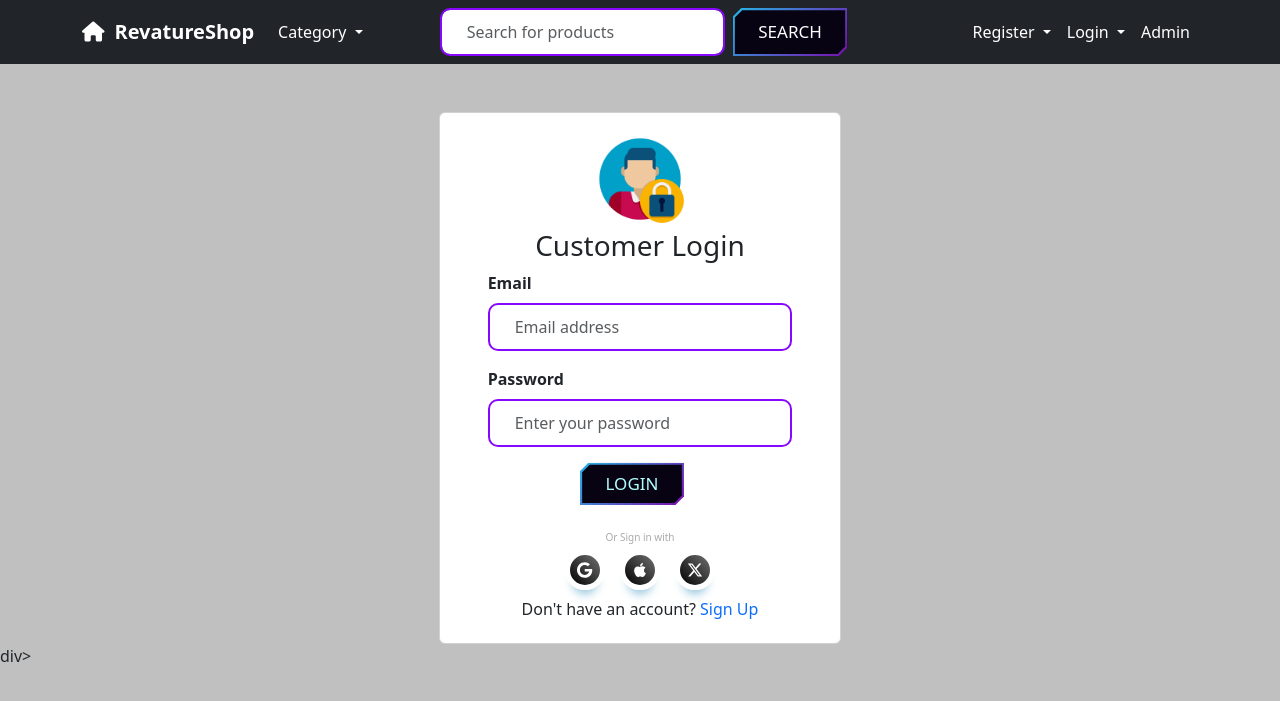
Repository: asmitsuragond15/Project_Ecom
Page: http://localhost/RevatureShop/login.jsp
These files come from the project's save history. The page is drawn as it stood at one moment and after the next save; the edit follows.
The browser window is 1280 px wide. The pictures show the whole page.
The page is served by Tomcat 10. Other server files are loaded and not shown. Queries for data that is not in the repository find no rows.

Above is the page before, as saved 2024-08-31 19:24:42.

### RevatureShop/src/main/webapp/login.jsp
<%@ page language="java" contentType="text/html; charset=ISO-8859-1"
	pageEncoding="ISO-8859-1"%>
<!DOCTYPE html>
<html>
<head>
<meta charset="ISO-8859-1">
<title>Login</title>
<%@include file="Components/common_css_js.jsp"%>
<style>


label{
	font-weight: bold;
}



.btn {
  --border-color: linear-gradient(-45deg, #ffae00, #7e03aa, #00fffb);
  --border-width: 0.125em;
  --curve-size: 0.5em;
  --blur: 30px;
  --bg: #080312;
  --color: #afffff;
  color: var(--color);
  cursor: pointer;
  /* use position: relative; so that BG is only for .btn */
  position: relative;
  isolation: isolate;
  display: inline-grid;
  place-content: center;
  padding: 0.5em 1.5em;
  font-size: 17px;
  border: 0;
  text-transform: uppercase;
  box-shadow: 10px 10px 20px rgba(0, 0, 0, 0.6);
  clip-path: polygon(
    /* Top-left */ 0% var(--curve-size),
    var(--curve-size) 0,
    /* top-right */ 100% 0,
    100% calc(100% - var(--curve-size)),
    /* bottom-right 1 */ calc(100% - var(--curve-size)) 100%,
    /* bottom-right 2 */ 0 100%
  );
  transition: color 250ms;
}

.btn::after,
.btn::before {
  content: "";
  position: absolute;
  inset: 0;
}

.btn::before {
  background: var(--border-color);
  background-size: 300% 300%;
  animation: move-bg7234 5s ease infinite;
  z-index: -2;
}

@keyframes move-bg7234 {
  0% {
    background-position: 31% 0%;
  }

  50% {
    background-position: 70% 100%;
  }

  100% {
    background-position: 31% 0%;
  }
}

.btn::after {
  background: var(--bg);
  z-index: -1;
  clip-path: polygon(
    /* Top-left */ var(--border-width)
      calc(var(--curve-size) + var(--border-width) * 0.5),
    calc(var(--curve-size) + var(--border-width) * 0.5) var(--border-width),
    /* top-right */ calc(100% - var(--border-width)) var(--border-width),
    calc(100% - var(--border-width))
      calc(100% - calc(var(--curve-size) + var(--border-width) * 0.5)),
    /* bottom-right 1 */
      calc(100% - calc(var(--curve-size) + var(--border-width) * 0.5))
      calc(100% - var(--border-width)),
    /* bottom-right 2 */ var(--border-width) calc(100% - var(--border-width))
  );
  transition: clip-path 500ms;
}

.btn:where(:hover, :focus)::after {
  clip-path: polygon(
    /* Top-left */ calc(100% - var(--border-width))
      calc(100% - calc(var(--curve-size) + var(--border-width) * 0.5)),
    calc(100% - var(--border-width)) var(--border-width),
    /* top-right */ calc(100% - var(--border-width)) var(--border-width),
    calc(100% - var(--border-width))
      calc(100% - calc(var(--curve-size) + var(--border-width) * 0.5)),
    /* bottom-right 1 */
      calc(100% - calc(var(--curve-size) + var(--border-width) * 0.5))
      calc(100% - var(--border-width)),
    /* bottom-right 2 */
      calc(100% - calc(var(--curve-size) + var(--border-width) * 0.5))
      calc(100% - var(--border-width))
  );
  transition: 200ms;
}

.btn:where(:hover, :focus) {
  color: #fff;
}

.form-control{
  color: white;
  border: 2px solid #8707ff;
  border-radius: 10px;
  padding: 10px 25px;

  max-width: 100%;
}

.form-control:active {
  box-shadow: 2px 2px 15px #8707ff inset;
}




.social-account-container {
  margin-top: 25px;
}

.social-account-container .title {
  display: block;
  text-align: center;
  font-size: 10px;
  color: rgb(170, 170, 170);
}

.social-account-container .social-accounts {
  width: 100%;
  display: flex;
  justify-content: center;
  gap: 15px;
  margin-top: 5px;
  margin-bottom:10px;
}

.social-account-container .social-accounts .social-button {
  background: linear-gradient(45deg, rgb(0, 0, 0) 0%, rgb(112, 112, 112) 100%);
  border: 5px solid white;
  padding: 5px;
  border-radius: 50%;
  width: 40px;
  aspect-ratio: 1;
  display: grid;
  place-content: center;
  box-shadow: rgba(133, 189, 215, 0.8784313725) 0px 12px 10px -8px;
  transition: all 0.2s ease-in-out;
}

.social-account-container .social-accounts .social-button .svg {
  fill: white;
  margin: auto;
}

.social-account-container .social-accounts .social-button:hover {
  transform: scale(1.2);
}

.social-account-container .social-accounts .social-button:active {
  transform: scale(0.9);
}

.card-body
{
background-colour:rgb(155, 169, 142);
}

</style>
</head>
<body >

	<!--navbar -->
	<%@include file="Components/navbar.jsp"%>


	<div class="container-fluid ">
		<div class="row mt-5">
			<div class="col-md-4 offset-md-4">
				<div class="card">
					<div class="card-body px-5 ">

						<div class="container text-center">
							<img src="Images/login.png" style="max-width: 100px;"
								class="img-fluid">
						</div>
						<h3 class="text-center">Customer Login</h3>
						<%@include file="Components/alert_message.jsp" %>

						<!--login-form-->
						<form id="login-form" action="LoginServlet" method="post">
							<input type="hidden" name="login" value="user">
							<div class="mb-3">
								<label class="form-label">Email</label> <input
									type="email" name="user_email" placeholder="Email address"
									class="form-control" required>
							</div>
							<div class="mb-3">
								<label class="form-label">Password</label>
								<input type="password" name="user_password"
									placeholder="Enter your password" class="form-control" required>
							</div>
							<div id="login-btn" class="container text-center">
								<button type="submit" class="btn btn-outline-primary me-3">Login</button>
							</div>
						</form>
						<div class="mt-3 text-center">


							 <div class="social-account-container">
        <span class="title">Or Sign in with</span>
        <div class="social-accounts">
          <button class="social-button google">
            <svg class="svg" xmlns="http://www.w3.org/2000/svg" height="1em" viewBox="0 0 488 512">
              <path d="M488 261.8C488 403.3 391.1 504 248 504 110.8 504 0 393.2 0 256S110.8 8 248 8c66.8 0 123 24.5 166.3 64.9l-67.5 64.9C258.5 52.6 94.3 116.6 94.3 256c0 86.5 69.1 156.6 153.7 156.6 98.2 0 135-70.4 140.8-106.9H248v-85.3h236.1c2.3 12.7 3.9 24.9 3.9 41.4z"></path>
            </svg></button>
          <button class="social-button apple">
            <svg class="svg" xmlns="http://www.w3.org/2000/svg" height="1em" viewBox="0 0 384 512">
              <path d="M318.7 268.7c-.2-36.7 16.4-64.4 50-84.8-18.8-26.9-47.2-41.7-84.7-44.6-35.5-2.8-74.3 20.7-88.5 20.7-15 0-49.4-19.7-76.4-19.7C63.3 141.2 4 184.8 4 273.5q0 39.3 14.4 81.2c12.8 36.7 59 126.7 107.2 125.2 25.2-.6 43-17.9 75.8-17.9 31.8 0 48.3 17.9 76.4 17.9 48.6-.7 90.4-82.5 102.6-119.3-65.2-30.7-61.7-90-61.7-91.9zm-56.6-164.2c27.3-32.4 24.8-61.9 24-72.5-24.1 1.4-52 16.4-67.9 34.9-17.5 19.8-27.8 44.3-25.6 71.9 26.1 2 49.9-11.4 69.5-34.3z"></path>
            </svg>
          </button>
          <button class="social-button twitter">
            <svg class="svg" xmlns="http://www.w3.org/2000/svg" height="1em" viewBox="0 0 512 512">
              <path d="M389.2 48h70.6L305.6 224.2 487 464H345L233.7 318.6 106.5 464H35.8L200.7 275.5 26.8 48H172.4L272.9 180.9 389.2 48zM364.4 421.8h39.1L151.1 88h-42L364.4 421.8z"></path>
            </svg>
          </button>
        </div>
							<h6>
								Don't have an account?<a href="register.jsp"
									style="text-decoration: none"> Sign Up</a>
							</h6>
						</div>
					</div>

				</div>
			</div>
		</div>
	</div>
</div>div>

</body>
</html>

### RevatureShop/src/main/webapp/Components/common_css_js.jsp
<!--CSS-->
<link href="https://cdn.jsdelivr.net/npm/bootstrap@5.3.0/dist/css/bootstrap.min.css" rel="stylesheet" integrity="sha384-9ndCyUaIbzAi2FUVXJi0CjmCapSmO7SnpJef0486qhLnuZ2cdeRhO02iuK6FUUVM" crossorigin="anonymous">
<!--font awesome-->
<!--<link rel="stylesheet" href="https://cdnjs.cloudflare.com/ajax/libs/font-awesome/4.7.0/css/font-awesome.min.css">
-->
<link rel="stylesheet" href="https://cdnjs.cloudflare.com/ajax/libs/font-awesome/6.4.0/css/all.min.css">
<link rel="stylesheet" href="CSS/style.css"/>


<!--JavaScript-->
<script src="https://cdn.jsdelivr.net/npm/bootstrap@5.3.0/dist/js/bootstrap.bundle.min.js" integrity="sha384-geWF76RCwLtnZ8qwWowPQNguL3RmwHVBC9FhGdlKrxdiJJigb/j/68SIy3Te4Bkz" crossorigin="anonymous"></script>
<script src="JS/script.js"></script>

<!--jQuery-->
<script src="https://code.jquery.com/jquery-3.7.0.min.js" integrity="sha256-2Pmvv0kuTBOenSvLm6bvfBSSHrUJ+3A7x6P5Ebd07/g=" crossorigin="anonymous"></script>
<!--sweet alert-->
<script src="https://unpkg.com/sweetalert/dist/sweetalert.min.js"></script>
<script src="https://cdn.jsdelivr.net/npm/sweetalert2@11"></script>

### RevatureShop/src/main/webapp/Components/navbar.jsp
<%@page import="com.revature.entities.Admin"%>
<%@page import="com.revature.entities.Cart"%>
<%@page import="com.revature.dao.CartDao"%>
<%@page import="com.revature.entities.User"%>
<%@page import="java.util.List"%>
<%@page import="com.revature.entities.Category"%>
<%@page import="com.revature.helper.ConnectionProvider"%>
<%@page import="com.revature.dao.CategoryDao"%>
<%
User user = (User) session.getAttribute("activeUser");
Admin admin = (Admin) session.getAttribute("activeAdmin");

CategoryDao catDao = new CategoryDao(ConnectionProvider.getConnection());
List<Category> categoryList = catDao.getAllCategories();
int cartCount = 0;

if (user != null) {
    CartDao cartDao = new CartDao(ConnectionProvider.getConnection());
    cartCount = cartDao.getCartCountByUserId(user.getUserId());
}
%>
<style>
    .navbar {
        font-weight: 500;
    }
    .nav-link {
        color: #ffffff !important;
        font-size: 1rem;
    }
    .navbar-brand {
        font-size: 1.25rem;
        font-weight: bold;
    }
    .dropdown-menu {
        background-color: #343a40 !important;
        border: none;
    }
    .dropdown-menu li a {
        color: #ffffff;
    }
    .dropdown-menu li a:hover {
        background-color: #495057 !important;
        color: #ffffff;
    }
    .btn-outline-light {
        border-color: #ffffff;
        color: #ffffff;
    }
    .btn-outline-light:hover {
        background-color: #ffffff;
        color: #343a40;
    }
    .navbar-toggler-icon {
        background-image: url('data:[embedded picture, 283 characters]');
    }
    input
    {
    background-colour:white;
    }
</style>
<nav class="navbar navbar-expand-lg navbar-dark bg-dark">
    <div class="container">
        <a class="navbar-brand" href="index.jsp">
            <i class="fa-sharp fa-solid fa-house"></i>&ensp;RevatureShop
        </a>
        <button class="navbar-toggler" type="button" data-bs-toggle="collapse" data-bs-target="#navbarSupportedContent" aria-controls="navbarSupportedContent" aria-expanded="false" aria-label="Toggle navigation">
            <span class="navbar-toggler-icon"></span>
        </button>
        <div class="collapse navbar-collapse" id="navbarSupportedContent">
            <% if (admin != null) { %>
                <!-- Admin Nav Bar -->
                <ul class="navbar-nav ms-auto mb-2 mb-lg-0">
                    <li class="nav-item">
                        <button type="button" class="btn btn-outline-light" data-bs-toggle="modal" data-bs-target="#add-category">
                            <i class="fa-solid fa-plus fa-xs"></i>&nbsp;Add Category
                        </button>
                    </li>
                    <li class="nav-item">
                        <button type="button" class="btn btn-outline-light" data-bs-toggle="modal" data-bs-target="#add-product">
                            <i class="fa-solid fa-plus fa-xs"></i>&nbsp;Add Product
                        </button>
                    </li>
                    <li class="nav-item">
                        <a class="nav-link" href="admin.jsp"><%=admin.getName()%></a>
                    </li>
                    <li class="nav-item">
                        <a class="nav-link" href="LogoutServlet?user=admin">
                            <i class="fa-solid fa-user-slash"></i>&nbsp;Logout
                        </a>
                    </li>
                </ul>
            <% } else { %>
                <!-- Guest/All Users Nav Bar -->
                <ul class="navbar-nav me-auto mb-2 mb-lg-0">

                    <li class="nav-item dropdown">
                        <a class="nav-link dropdown-toggle" href="#" role="button" data-bs-toggle="dropdown" aria-expanded="false">
                            Category
                        </a>
                        <ul class="dropdown-menu">
                            <li><a class="dropdown-item" href="products.jsp?category=0">All Products</a></li>
                            <% for (Category c : categoryList) { %>
                                <li><a class="dropdown-item" href="products.jsp?category=<%=c.getCategoryId()%>"><%=c.getCategoryName()%></a></li>
                            <% } %>
                        </ul>
                    </li>
                </ul>
                <form class="d-flex pe-5" role="search" action="products.jsp" method="get">
                    <input name="search" class="form-control me-2" type="search" placeholder="Search for products" aria-label="Search">
                    <button class="btn btn-outline-light" type="submit">Search</button>
                </form>
                <% if (user != null) { %>
                    <!-- Logged-in User Nav Bar -->
                    <ul class="navbar-nav ms-auto">
                        <li class="nav-item pe-3">
                            <a class="nav-link position-relative" href="cart.jsp">
                                <i class="fa-solid fa-cart-shopping"></i>&nbsp;Cart
                                <span class="position-absolute top-0 start-100 translate-middle badge rounded-pill bg-danger"><%=cartCount%></span>
                            </a>
                        </li>
                        <li class="nav-item pe-3">
                            <a class="nav-link" href="profile.jsp"><%=user.getUserName()%></a>
                        </li>
                        <li class="nav-item pe-3">
                            <a class="nav-link" href="LogoutServlet?user=user">
                                <i class="fa-solid fa-user-slash"></i>&nbsp;Logout
                            </a>
                        </li>
                    </ul>
                <% } else { %>
                    <!-- Guest Nav Bar -->
                    <ul class="navbar-nav ms-auto">
                        <li class="nav-item dropdown">
                            <a class="nav-link dropdown-toggle" href="#" role="button" data-bs-toggle="dropdown" aria-expanded="false">
                                Register
                            </a>
                            <ul class="dropdown-menu">
                                <li><a class="dropdown-item" href="register.jsp">
                                    <i class="fa-solid fa-user-plus"></i> Register Customer
                                </a></li>
                                <li><a class="dropdown-item" href="seller.jsp">
                                    <i class="fa-solid fa-user-plus"></i> Register Seller
                                </a></li>
                            </ul>
                        </li>
                        <li class="nav-item dropdown">
                            <a class="nav-link dropdown-toggle" href="#" role="button" data-bs-toggle="dropdown" aria-expanded="false">
                                Login
                            </a>
                            <ul class="dropdown-menu">
                                <li><a class="dropdown-item" href="login.jsp">
                                    <i class="fa-solid fa-user-lock"></i> Login Customer
                                </a></li>
                                <li><a class="dropdown-item" href="sellerlogin.jsp">
                                    <i class="fa-solid fa-user-lock"></i> Login Seller
                                </a></li>
                                <li><a class="dropdown-item" href="about.jsp">
                                    <i class="fa-solid fa-user-lock"></i> About
                                </a></li>
                            </ul>
                        </li>
                        <li class="nav-item">
                            <a class="nav-link" href="admin.jsp">Admin</a>
                        </li>
                    </ul>
                <% } %>
            <% } %>
        </div>
    </div>
</nav>

### RevatureShop/src/main/webapp/Components/alert_message.jsp
<%@page import="com.eazydeals.entities.Message"%>
<%
Message messg = (Message) session.getAttribute("message");
if (messg != null) {
%>
<div class="alert <%=messg.getCssClass()%>" role="alert" id="alert">
	<%=messg.getMessage()%>
</div>
<%
session.removeAttribute("message");
}
%>
<script type="text/javascript">
	setTimeout(function() {
		$('#alert').alert('close');
	}, 3000);
</script>

### RevatureShop/src/main/java/com/revature/helper/ConnectionProvider.java
package com.revature.helper;

import java.sql.Connection;
import java.sql.DriverManager;
import jakarta.servlet.http.HttpServlet;

public class ConnectionProvider extends HttpServlet{

	private static final long serialVersionUID = 1L;
	private static Connection connection;

	public static Connection getConnection() {

		try {
			if (connection == null) {
				Class.forName("com.mysql.cj.jdbc.Driver");
				connection = DriverManager.getConnection("jdbc:mysql://localhost:3306/eazydeals","root","P7028460201p$");
			}
		} catch (Exception e) {
			e.printStackTrace();
		}
		return connection;
	}

}

### RevatureShop/src/main/webapp/CSS/style.css
.custom-color {
	/*background: linear-gradient(90deg, rgba(198,245,255,1) 0%, rgba(137,182,254,1) 28%, rgba(123,124,255,1) 58%, rgba(105,97,255,1) 87%, rgba(36,24,255,1) 100%);
*/
	background: radial-gradient(circle, rgba(112, 192, 255, 1) 0%,
		rgba(98, 153, 254, 1) 24%, rgba(123, 124, 255, 1) 49%,
		rgba(97, 124, 255, 1) 86%, rgba(36, 24, 255, 1) 100%);
}

body {
	background-color: rgb(192, 192, 192);
	}

Loaded but not shown: RevatureShop/src/main/webapp/JS/script.js (common file); RevatureShop/src/main/java/com/revature/dao/CategoryDao.java (134 lines, source omitted)

After the next save:
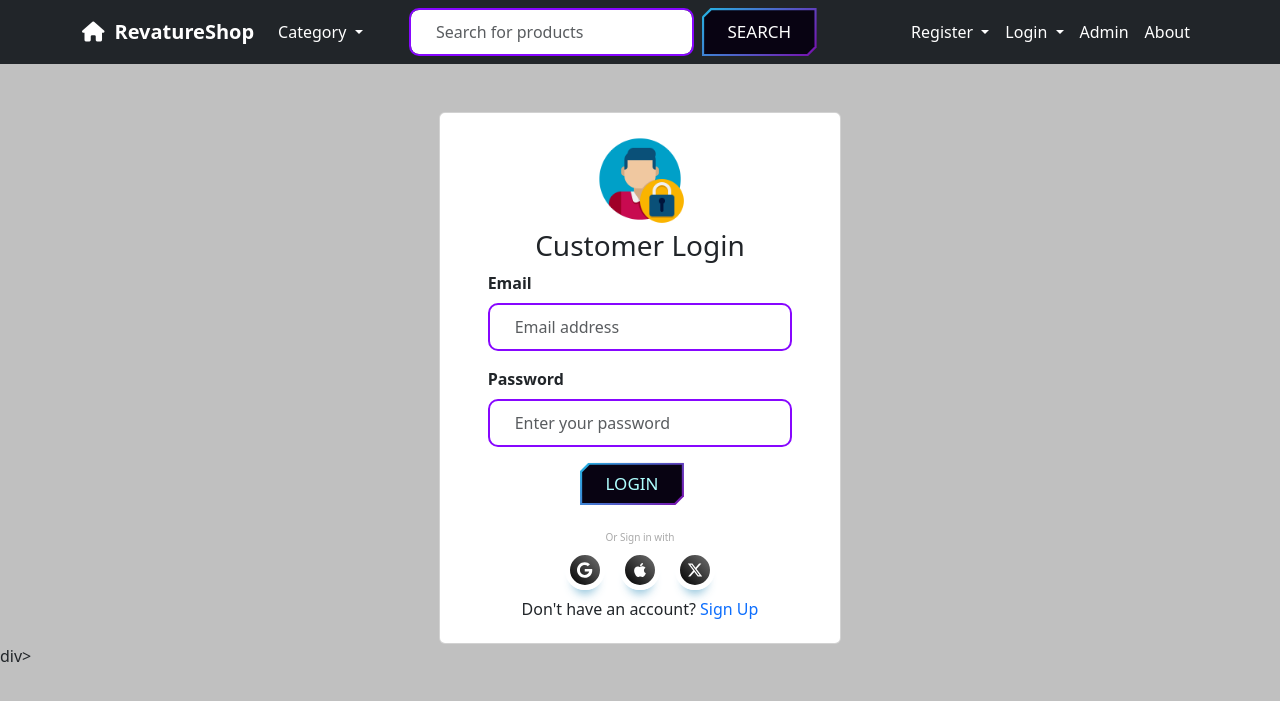
Saved 90 s later.
--- a/RevatureShop/src/main/webapp/Components/navbar.jsp
+++ b/RevatureShop/src/main/webapp/Components/navbar.jsp
@@ -154,13 +154,14 @@
                                 <li><a class="dropdown-item" href="sellerlogin.jsp">
                                     <i class="fa-solid fa-user-lock"></i> Login Seller
                                 </a></li>
-                                <li><a class="dropdown-item" href="about.jsp">
-                                    <i class="fa-solid fa-user-lock"></i> About
-                                </a></li>
+
                             </ul>
                         </li>
                         <li class="nav-item">
                             <a class="nav-link" href="admin.jsp">Admin</a>
+                        </li>
+                         <li class="nav-item">
+                            <a class="nav-link" href="admin.jsp">About</a>
                         </li>
                     </ul>
                 <% } %>

After the save that followed:
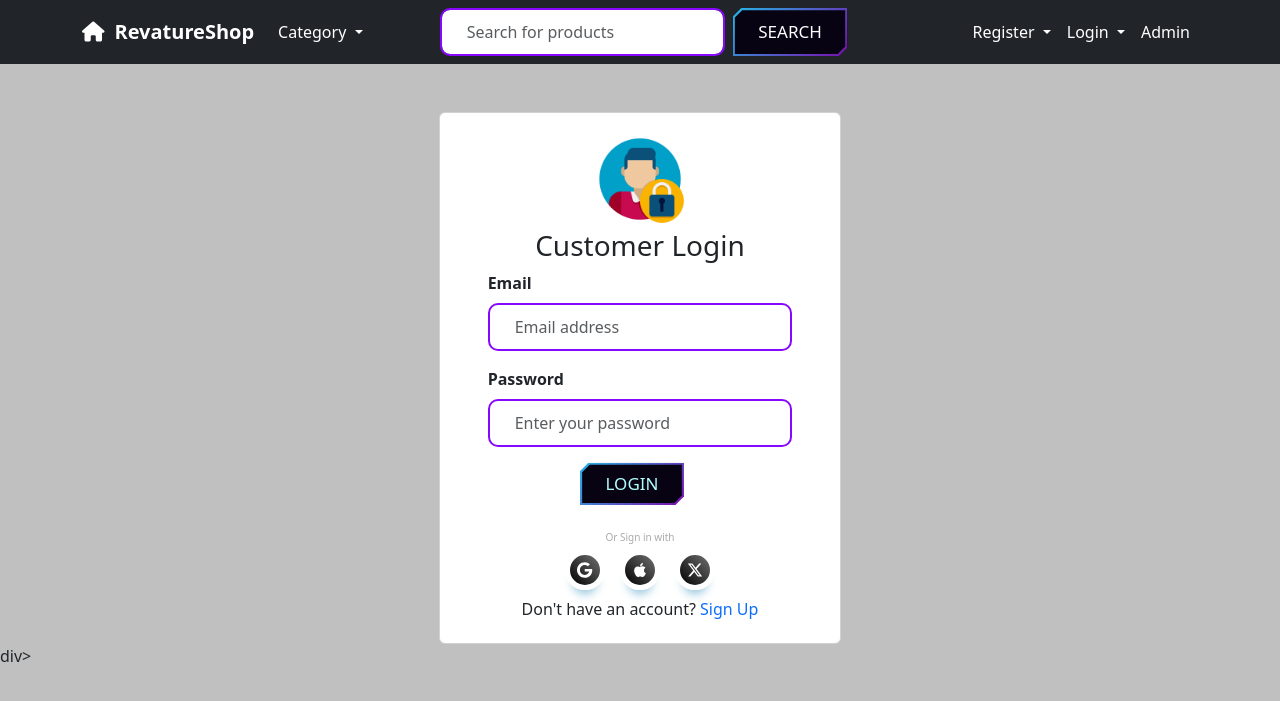
Saved 15 s later.
--- a/RevatureShop/src/main/webapp/Components/navbar.jsp
+++ b/RevatureShop/src/main/webapp/Components/navbar.jsp
@@ -160,9 +160,7 @@
                         <li class="nav-item">
                             <a class="nav-link" href="admin.jsp">Admin</a>
                         </li>
-                         <li class="nav-item">
-                            <a class="nav-link" href="admin.jsp">About</a>
-                        </li>
+
                     </ul>
                 <% } %>
             <% } %>
